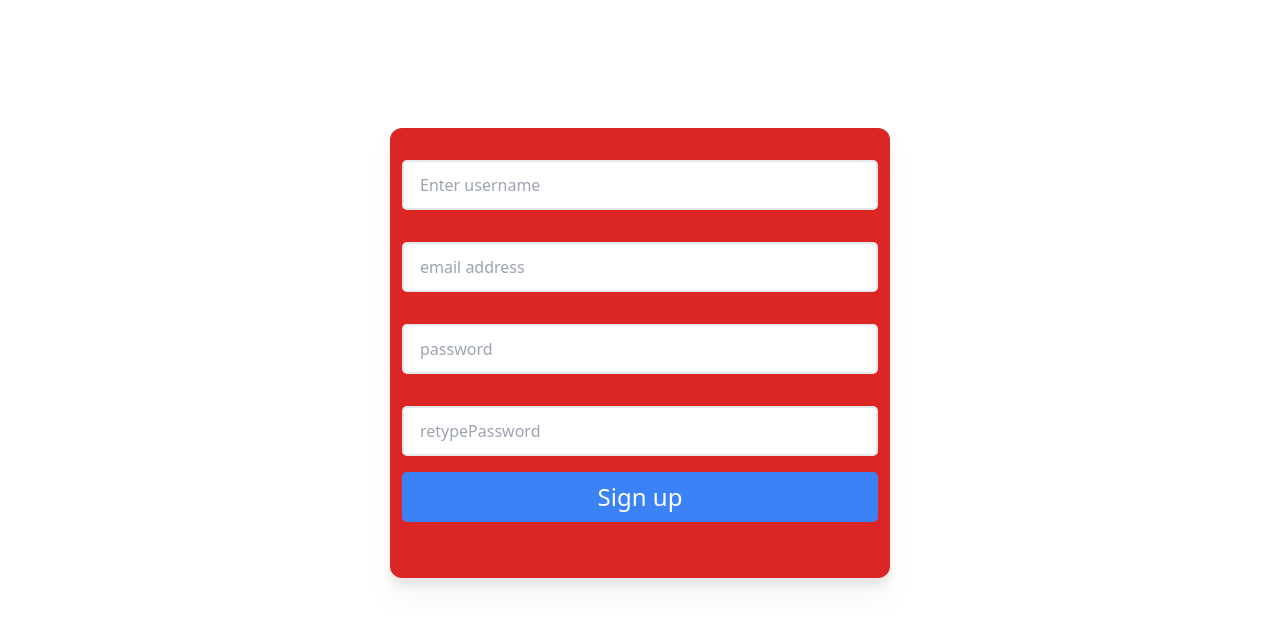
Repository: miraclesamson/e-commerce
Page: /
An editor plug-in stored every save of this project. The page is shown before and after the next save, followed by the edit.
The browser window is 1280 px wide. The pictures show the whole page.
The page's requests for data from a server got no answer. Some web libraries are served in a nearby version. The project was rebuilt for these pictures with package versions that can differ from the ones it lists, and the page was loaded fresh each time. No one was signed in, and anything a server would have sent is missing.

Above is the page before, as saved 2022-09-04 07:36:29.

### public/index.html
<!DOCTYPE html>
<html lang="en">

<head>
  <meta charset="utf-8" />
  <link rel="icon" href="%PUBLIC_URL%/favicon.ico" />
  <meta name="viewport" content="width=device-width, initial-scale=1" />
  <meta name="theme-color" content="#000000" />
  <meta name="description" content="Web site created using create-react-app" />
  <link rel="apple-touch-icon" href="%PUBLIC_URL%/logo192.png" />
  <!--
      manifest.json provides metadata used when your web app is installed on a
      user's mobile device or desktop. See https://developers.google.com/web/fundamentals/web-app-manifest/
    -->
  <link rel="manifest" href="%PUBLIC_URL%/manifest.json" />
  <!--
      Notice the use of %PUBLIC_URL% in the tags above.
      It will be replaced with the URL of the `public` folder during the build.
      Only files inside the `public` folder can be referenced from the HTML.

      Unlike "/favicon.ico" or "favicon.ico", "%PUBLIC_URL%/favicon.ico" will
      work correctly both with client-side routing and a non-root public URL.
      Learn how to configure a non-root public URL by running `npm run build`.
    -->
  <title>React App</title>
  <script src="https://kit.fontawesome.com/2345683446.js" crossorigin="anonymous"></script>
</head>

<body>
  <noscript>You need to enable JavaScript to run this app.</noscript>
  <div id="root"></div>
  <!--
      This HTML file is a template.
      If you open it directly in the browser, you will see an empty page.

      You can add webfonts, meta tags, or analytics to this file.
      The build step will place the bundled scripts into the <body> tag.

      To begin the development, run `npm start` or `yarn start`.
      To create a production bundle, use `npm run build` or `yarn build`.
    -->
</body>

</html>

### src/App.js
import React, { useEffect, useState } from "react";

import { fireAuth } from "./firebase";
import Signup from "./pages/Signup";

function App() {
  const [user, setUser] = useState();

  const onAuthStateChange = (user) => {
    setUser(user);
  };

  useEffect(() => {
    const subscriber = fireAuth.onAuthStateChanged(onAuthStateChange);

    // console.log(subscriber);
    return subscriber; // unsubscribe on unmount
  }, []);

  return <Signup />;
}

export default App;

### src/firebase.js
// Import the functions you need from the SDKs you need
import { initializeApp } from "firebase/app";
import { getAnalytics } from "firebase/analytics";
import { getFirestore } from "firebase/firestore";
import { getAuth } from "firebase/auth";

// TODO: Add SDKs for Firebase products that you want to use
// https://firebase.google.com/docs/web/setup#available-libraries

// Your web app's Firebase configuration
// For Firebase JS SDK v7.20.0 and later, measurementId is optional
const firebaseConfig = {
  apiKey: "AIzaSyCPRbN0p39vfpSQbeUfPQqL-eSKSP4enuo",
  authDomain: "e-commerce-fe56b.firebaseapp.com",
  projectId: "e-commerce-fe56b",
  storageBucket: "e-commerce-fe56b.appspot.com",
  messagingSenderId: "989187869030",
  appId: "1:989187869030:web:b68d76a53f95698398e0a7",
  measurementId: "G-1KH0YDN1NY",
};

// Initialize Firebase
export const app = initializeApp(firebaseConfig);
export const analytics = getAnalytics(app);
export const fireStore = getFirestore(app);
export const fireAuth = getAuth(app);

### src/pages/Signup.jsx
import React from "react";
import * as Yup from "yup";
import { useFormik } from "formik";
import { createUserWithEmailAndPassword } from "firebase/auth";

import { fireAuth } from "../firebase";

const validationSchema = Yup.object({
  username: Yup.string()
    .min(8)
    .label("username")
    .required("username is required")
    .matches(
      /^(?=.*[a-z])(?=.*[A-Z])(?=.*\d)(?=.*[@$!%*?&])[A-Za-z\d@$!%*?&]{6,}$/
    ),
  email: Yup.string()
    .email("Invalid email address")
    .label("Email")
    .required("Email is Required"),
  password: Yup.string()
    .min(8, "Must be 6 characters or more")
    .matches(
      /^(?=.*[a-z])(?=.*[A-Z])(?=.*\d)(?=.*[@$!%*?&])[A-Za-z\d@$!%*?&]{6,}$/,
      "Password must contain at least one lowercase letter, one uppercase letter, one number and one special character"
    )
    .label("Password")
    .required("Password is required"),
  retypePassword: Yup.string()
    .required("Please retype your password.")
    .oneOf([Yup.ref("password")], "Your passwords do not match."),
});

function Signup() {
  const formik = useFormik({
    initialValues: {
      username: "",
      email: "",
      password: "",
    },
    validationSchema: validationSchema,
    onSubmit: (values) => {
      console.log(values);
      createUserWithEmailAndPassword(
        fireAuth,
        values.username,
        values.email,
        values.password,
        values.retypePassword
      )
        .then((userCredential) => {
          // Signed in
          const user = userCredential.user;
          console.log(user);
          // ...
        })
        .catch((error) => {
          const errorCode = error.code;
          const errorMessage = error.message;
          console.log(errorMessage);
          // ..
        });
    },
  });

  return (
    <div className="flex justify-center items-center mt-32">
      <div className="bg-red-600 w-[500px] h-[450px] drop-shadow-xl rounded-xl px-3">
        <form onSubmit={formik.handleSubmit} className="w-full">
          <div className="mb-4 mt-4">
            <input
              id="username"
              type="text"
              placeholder="Enter username"
              className="h-[50px] p-4 w-full border-2 rounded-[5px] mt-4"
              {...formik.getFieldProps("username")}
            />
            {formik.touched.username && formik.errors.username ? (
              <div>{formik.errors.username}</div>
            ) : null}
          </div>
          <div className="mb-4 mt-4">
            <input
              id="email"
              type="text"
              {...formik.getFieldProps("email")}
              placeholder="email address"
              className="h-[50px] p-4 w-full border-2 rounded-[5px] mt-4"
            />
            {formik.touched.email && formik.errors.email ? (
              <div>{formik.errors.email}</div>
            ) : null}
          </div>

          <div className="mb-4">
            <input
              id="password"
              type="text"
              placeholder="password"
              {...formik.getFieldProps("password")}
              className="h-[50px] p-4 w-full border-2 rounded-[5px] mt-4"
            />
            {formik.touched.password && formik.errors.password ? (
              <div>{formik.errors.password}</div>
            ) : null}
          </div>

          <div className="mb-4">
            <input
              id="retypePassword"
              type="text"
              placeholder="retypePassword"
              {...formik.getFieldProps("retypePassword")}
              className="h-[50px] p-4 w-full border-2 rounded-[5px] mt-4"
            />
            {formik.touched.retypePassword && formik.errors.retypePassword ? (
              <div>{formik.errors.retypePassword}</div>
            ) : null}
          </div>

          <button
            type="submit"
            className="bg-blue-500 w-full h-[50px] rounded-[5px] text-white font-medium text-[24px]"
          >
            Sign up
          </button>
        </form>
      </div>
    </div>
  );
}
export default Signup;

Loaded but not shown: src/index.js (common file); src/index.css (common file); src/reportWebVitals.js (common file); tailwind.config.js (common file)

After the next save:
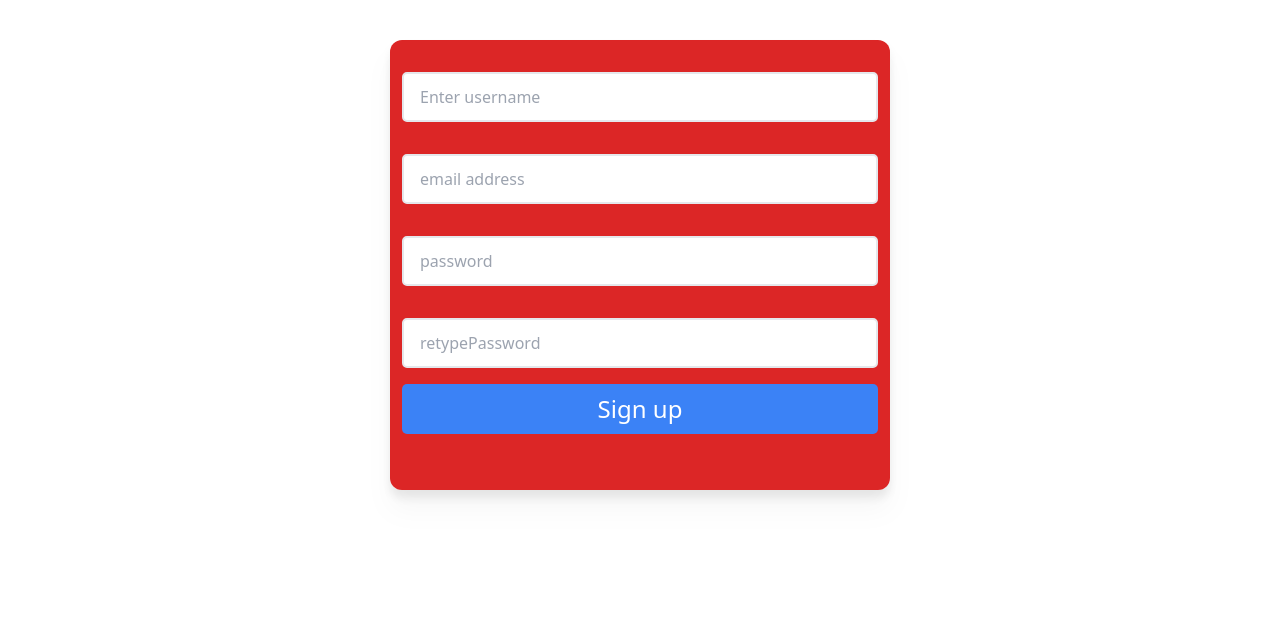
Saved 48 s later.
--- a/src/pages/Signup.jsx
+++ b/src/pages/Signup.jsx
@@ -63,7 +63,7 @@ function Signup() {
   });
 
   return (
-    <div className="flex justify-center items-center mt-32">
+    <div className="flex justify-center items-center mt-10">
       <div className="bg-red-600 w-[500px] h-[450px] drop-shadow-xl rounded-xl px-3">
         <form onSubmit={formik.handleSubmit} className="w-full">
           <div className="mb-4 mt-4">
